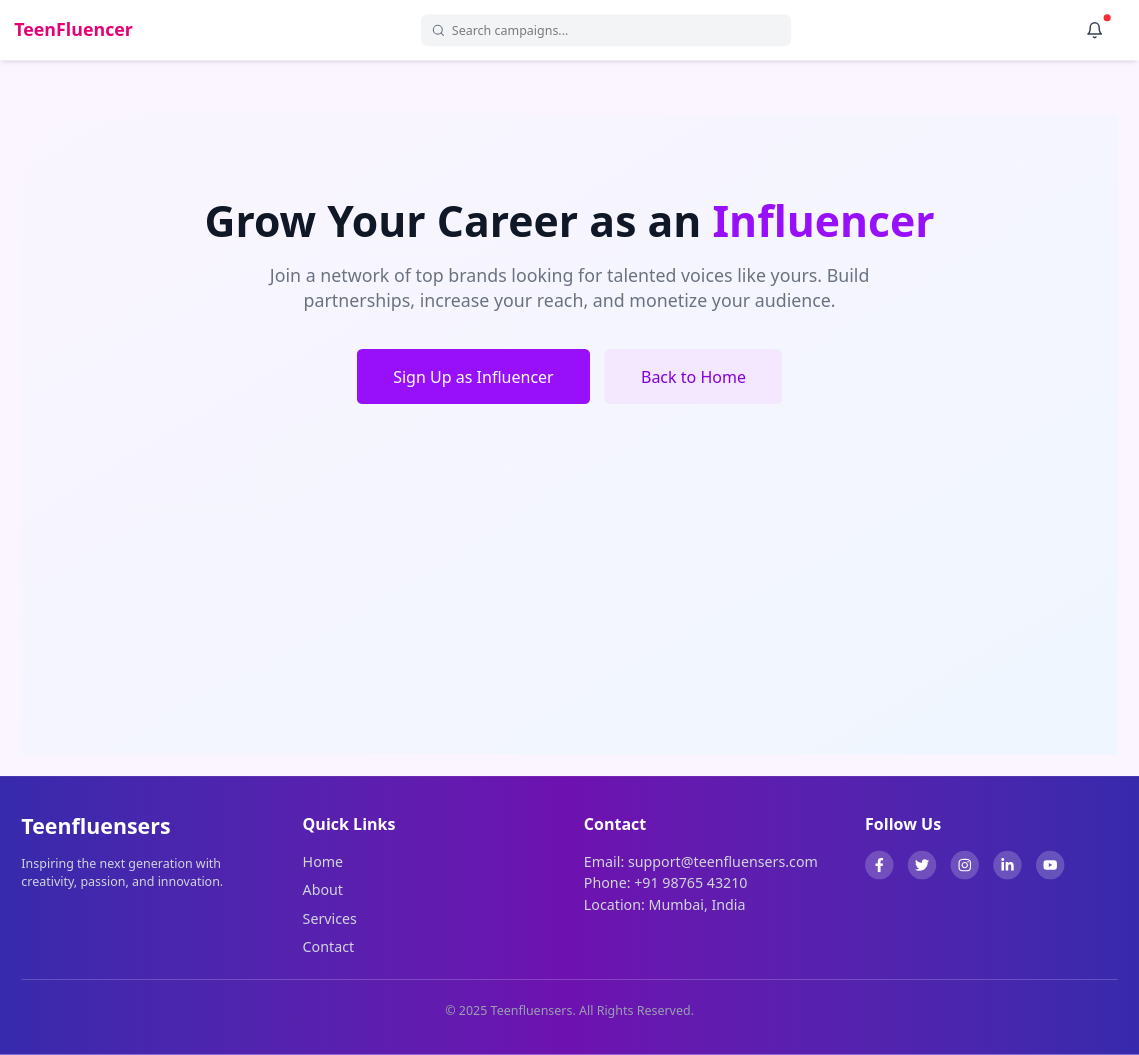
Repository: dhanbyte/teenfluencer
Page: /influencerhome
The author's editor kept a copy of each file at every save. The page is drawn from the files as they stood at one save, then again after the next save.
The browser window is 1280 px wide. The pictures show the whole page, at 89% of full size.
The page's requests for data from a server got no answer. The project was rebuilt for these pictures with package versions that can differ from the ones it lists, and the page was loaded fresh each time. Some packages were replaced by stand-ins written for this rebuild. The framework's server and built-in components were replaced by stand-ins that run in the browser. No one was signed in, and anything a server would have sent is missing. Also part of the build but not shown: next.config.ts.

Above is the page before, as saved 2025-08-13 14:27:26.

### app/layout.tsx
// app/layout.tsx
import { ClerkProvider } from '@clerk/nextjs'
import './globals.css'
import PublicNavbar from '@/Components/Public/Public-navbar'
import Footer from '@/Components/Public/Footer'

export default function RootLayout({
  children,
}: {
  children: React.ReactNode
}) {
  return (
    <ClerkProvider>
      <html lang="en">
        <PublicNavbar />
        <body>{children}</body>
        <Footer />
      </html>
    </ClerkProvider>
  )
}

### app/(influencer)/layout.tsx
import React from "react";
import { ClerkProvider } from "@clerk/nextjs";
import "../(public)/globals.css";
import InfluencerNavbar from "@/Components/(Infuencer)/influencerNavbar";

export default function InfluencerLayout({ children }: { children: React.ReactNode }) {
  return (
    <ClerkProvider>
      <html lang="en">
        <body className="min-h-screen flex flex-col bg-purple-50">
          <InfluencerNavbar />
          <main className="flex-1 pt-16 p-6"> {/* Added pt-16 to account for fixed navbar height */}
            {children}
          </main>
        </body>
      </html>
    </ClerkProvider>
  );
}

### app/(influencer)/(Pages)/influencerhome/page.tsx
"use client";
import { useUser, useClerk } from '@clerk/nextjs';
import { useRouter } from 'next/navigation';
import Link from "next/link";

function InfluencerHomePage() {
  const { isSignedIn, user } = useUser();
  const { openSignUp } = useClerk();
  const router = useRouter();

  const handleSignUpClick = () => {
    if (isSignedIn) {
      router.push('/influencer');
    } else {
      openSignUp({
        afterSignUpUrl: '/influencer',
        afterSignInUrl: '/influencer'
      });
    }
  };

  if (!isSignedIn) {
    return (
      <div className="min-h-screen bg-gradient-to-br from-purple-50 to-blue-50">
        <div className="max-w-7xl mx-auto px-4 sm:px-6 lg:px-8 py-16 md:py-24">
          <div className="text-center">
            <h1 className="text-4xl md:text-5xl font-bold text-gray-900 mb-6">
              Grow Your Career as an <span className="text-purple-600">Influencer</span>
            </h1>
            <p className="mt-3 max-w-md mx-auto text-lg text-gray-500 sm:text-xl md:mt-5 md:max-w-3xl">
              Join a network of top brands looking for talented voices like yours.
              Build partnerships, increase your reach, and monetize your audience.
            </p>
            <div className="mt-10 flex flex-col sm:flex-row justify-center gap-4">
              <button
                onClick={handleSignUpClick}
                className="px-8 py-3 border border-transparent text-base font-medium rounded-md text-white bg-purple-600 hover:bg-purple-700 md:py-4 md:text-lg md:px-10"
              >
                {isSignedIn ? 'Go to Dashboard' : 'Sign Up as Influencer'}
              </button>
              <Link
                href="/"
                className="px-8 py-3 border border-transparent text-base font-medium rounded-md text-purple-700 bg-purple-100 hover:bg-purple-200 md:py-4 md:text-lg md:px-10"
              >
                Back to Home
              </Link>
            </div>
          </div>
        </div>
      </div>
    );
  }

  // For signed-in users
  return (
    <div className="min-h-screen bg-gradient-to-br from-purple-50 to-blue-50">
      <div className="max-w-7xl mx-auto px-4 sm:px-6 lg:px-8 py-8">


        <div className="text-center mt-10">
          <h1 className="text-4xl md:text-5xl font-bold text-gray-900 mb-6">
            Welcome, <span className="text-purple-600">{user?.firstName || 'Influencer'}</span>
          </h1>
          <p className="mt-3 max-w-md mx-auto text-lg text-gray-500 sm:text-xl md:mt-5 md:max-w-3xl">
            Ready to find your next brand partnership?
          </p>

          <div className="mt-16 grid gap-8 md:grid-cols-3">
            {/* Dashboard Cards */}
            <div className="bg-white p-6 rounded-lg shadow-md hover:shadow-lg transition-shadow">
              <h3 className="text-xl font-semibold mb-3">Your Profile</h3>
              <p className="text-gray-600 mb-4">
                Complete your profile to get more brand deals
              </p>
              <Link
                href="/influencer/profile"
                className="text-purple-600 hover:text-purple-800 font-medium"
              >
                Edit Profile →
              </Link>
            </div>

            <div className="bg-white p-6 rounded-lg shadow-md hover:shadow-lg transition-shadow">
              <h3 className="text-xl font-semibold mb-3">Available Campaigns</h3>
              <p className="text-gray-600 mb-4">
                Browse brand campaigns looking for influencers
              </p>
              <Link
                href="/influencer/campaigns"
                className="text-purple-600 hover:text-purple-800 font-medium"
              >
                View Campaigns →
              </Link>
            </div>

            <div className="bg-white p-6 rounded-lg shadow-md hover:shadow-lg transition-shadow">
              <h3 className="text-xl font-semibold mb-3">Your Analytics</h3>
              <p className="text-gray-600 mb-4">
                Track your performance and earnings
              </p>
              <Link
                href="/influencer/analytics"
                className="text-purple-600 hover:text-purple-800 font-medium"
              >
                View Analytics →
              </Link>
            </div>
          </div>
        </div>
      </div>
    </div>
  );
}

export default InfluencerHomePage;

### Components/Public/Public-navbar.tsx
"use client";
import Link from "next/link";
import { useState } from "react";
import { FaBars, FaTimes } from "react-icons/fa";

export default function PublicNavbar() {
  const [isOpen, setIsOpen] = useState(false);

  return (
    <nav className="bg-white shadow-sm sticky top-0 z-50">
      <div className="max-w-7xl mx-auto px-4 sm:px-6 lg:px-8">
        <div className="flex justify-between h-16 items-center">
          {/* Logo/Title - Shows icon on small screens */}
          <div className="flex-shrink-0 flex items-center">
            <Link href="/" className="flex items-center">
              <span className="text-2xl mr-1">👋</span>
              <span className="hidden sm:inline text-xl font-bold text-purple-600">
                InfluencerHub
              </span>
            </Link>
          </div>

          {/* Desktop Navigation - hidden on mobile */}
          <div className="hidden md:flex items-center space-x-2">
            <Link
              href="home"
              className="px-3 py-2 text-sm font-medium text-gray-700 hover:text-purple-600"
            >
              Home
            </Link>
            <Link
              href="services"
              className="px-3 py-2 text-sm font-medium text-gray-700 hover:text-purple-600"
            >
              Features
            </Link>
            <Link
              href="about"
              className="px-3 py-2 text-sm font-medium text-gray-700 hover:text-purple-600"
            >
              About
            </Link>
          </div>

          {/* Auth Buttons - changes size based on screen */}
          <div className="hidden md:flex items-center space-x-2">
            <button className="px-3 py-1.5 text-xs sm:text-sm font-medium rounded-md text-white bg-purple-600 hover:bg-purple-700">
              Login
            </button>
            <button className="px-3 py-1.5 text-xs sm:text-sm font-medium rounded-md text-purple-600 border border-purple-600 hover:bg-purple-50">
              Sign Up
            </button>
          </div>

          {/* Mobile menu button - shows only on mobile */}
          <div className="md:hidden flex items-center">
            <button
              onClick={() => setIsOpen(!isOpen)}
              className="inline-flex items-center justify-center p-2 rounded-md text-gray-700 hover:text-purple-600 focus:outline-none"
            >
              {isOpen ? (
                <FaTimes className="h-5 w-5" />
              ) : (
                <FaBars className="h-5 w-5" />
              )}
            </button>
          </div>
        </div>
      </div>

      {/* Mobile menu - shows when hamburger is clicked */}
      <div className={`md:hidden ${isOpen ? "block" : "hidden"} bg-white pb-3`}>
        <div className="px-2 pt-2 space-y-1">
          <Link
            href="home"
            className="block px-3 py-2 rounded-md text-base font-medium text-gray-700 hover:text-purple-600 hover:bg-purple-50"
          >
            Home
          </Link>
          <Link
            href="services"
            className="block px-3 py-2 rounded-md text-base font-medium text-gray-700 hover:text-purple-600 hover:bg-purple-50"
          >
            Features
          </Link>
          <Link
            href="about"
            className="block px-3 py-2 rounded-md text-base font-medium text-gray-700 hover:text-purple-600 hover:bg-purple-50"
          >
            About
          </Link>
        </div>
        <div className="px-2 pt-2 space-y-1">
          <button className="w-full px-3 py-2 rounded-md text-base font-medium text-white bg-purple-600 hover:bg-purple-700">
            Login
          </button>
          <button className="w-full px-3 py-2 rounded-md text-base font-medium text-purple-600 border border-purple-600 hover:bg-purple-50">
            Sign Up
          </button>
        </div>
      </div>
    </nav>
  );
}

### Components/Public/Footer.tsx
/* eslint-disable @next/next/no-html-link-for-pages */
import { FaFacebookF, FaTwitter, FaInstagram, FaLinkedinIn, FaYoutube } from "react-icons/fa";

export default function Footer() {
  return (
    <footer className="bg-gradient-to-r from-indigo-800 via-purple-800 to-indigo-800 text-white">
      <div className="max-w-7xl mx-auto px-6 py-10">

        {/* Top Section */}
        <div className="grid grid-cols-1 md:grid-cols-4 gap-8">

          {/* Brand Info */}
          <div>
            <h2 className="text-2xl font-bold mb-4">Teenfluensers</h2>
            <p className="text-sm text-gray-300">
              Inspiring the next generation with creativity, passion, and innovation.
            </p>
          </div>

          {/* Quick Links */}
          <div>
            <h3 className="text-lg font-semibold mb-4">Quick Links</h3>
            <ul className="space-y-2 text-gray-300">
              <li><a href="/" className="hover:text-white transition">Home</a></li>
              <li><a href="/about" className="hover:text-white transition">About</a></li>
              <li><a href="/services" className="hover:text-white transition">Services</a></li>
              <li><a href="/contact" className="hover:text-white transition">Contact</a></li>
            </ul>
          </div>

          {/* Contact Info */}
          <div>
            <h3 className="text-lg font-semibold mb-4">Contact</h3>
            <p className="text-gray-300">Email: support@teenfluensers.com</p>
            <p className="text-gray-300">Phone: +91 98765 43210</p>
            <p className="text-gray-300">Location: Mumbai, India</p>
          </div>

          {/* Social Media */}
          <div>
            <h3 className="text-lg font-semibold mb-4">Follow Us</h3>
            <div className="flex space-x-4">
              <a href="#" className="p-2 bg-white/20 rounded-full hover:bg-white/30 transition">
                <FaFacebookF />
              </a>
              <a href="#" className="p-2 bg-white/20 rounded-full hover:bg-white/30 transition">
                <FaTwitter />
              </a>
              <a href="#" className="p-2 bg-white/20 rounded-full hover:bg-white/30 transition">
                <FaInstagram />
              </a>
              <a href="#" className="p-2 bg-white/20 rounded-full hover:bg-white/30 transition">
                <FaLinkedinIn />
              </a>
              <a href="#" className="p-2 bg-white/20 rounded-full hover:bg-white/30 transition">
                <FaYoutube />
              </a>
            </div>
          </div>

        </div>

        {/* Divider */}
        <div className="border-t border-white/20 my-6"></div>

        {/* Bottom Section */}
        <div className="text-center text-gray-400 text-sm">
          © {new Date().getFullYear()} Teenfluensers. All Rights Reserved.
        </div>
      </div>
    </footer>
  );
}

### Components/(Infuencer)/influencerNavbar.tsx
"use client";

import { UserButton, useUser, SignOutButton } from "@clerk/nextjs";
import Link from "next/link";
import { useState, useEffect } from "react";
import {
  FiMenu,
  FiX,
  FiHome,
  FiUser,
  FiSettings,
  FiDollarSign,
  FiMessageSquare,
  FiLogOut,
  FiBriefcase,
  FiPlusCircle,
  FiBell,
  FiSearch
} from "react-icons/fi";

export default function InfluencerNavbar() {
  const [isOpen, setIsOpen] = useState(false);
  // eslint-disable-next-line @typescript-eslint/no-unused-vars
  const [isMobile, setIsMobile] = useState(false);
  const { user } = useUser();

  useEffect(() => {
    const handleResize = () => {
      setIsMobile(window.innerWidth < 768);
    };

    handleResize(); // Check initial size
    window.addEventListener("resize", handleResize);
    return () => window.removeEventListener("resize", handleResize);
  }, []);

  const toggleSidebar = () => setIsOpen(!isOpen);

  return (
    <>
      {/* Top Navbar */}
      <nav className="fixed top-0 left-0 right-0 bg-white shadow-md z-50 p-3 md:p-4 flex justify-between items-center">
        {/* Left side - Menu button and logo */}
        <div className="flex items-center space-x-3 md:space-x-4">
          <button
            onClick={toggleSidebar}
            className="md:hidden text-gray-700 focus:outline-none"
          >
            {isOpen ? <FiX size={24} /> : <FiMenu size={24} />}
          </button>
          <Link href="/" className="text-lg md:text-xl font-bold text-pink-600">
            TeenFluencer
          </Link>
        </div>

        {/* Center - Search (desktop only) */}
        <div className="hidden md:flex items-center bg-gray-100 rounded-lg px-3 py-2 w-1/3">
          <FiSearch className="text-gray-500 mr-2" />
          <input
            type="text"
            placeholder="Search campaigns..."
            className="bg-transparent outline-none w-full text-sm"
          />
        </div>

        {/* Right side - Icons and User button */}
        <div className="flex items-center space-x-3 md:space-x-4">
          <button className="relative p-1 md:p-2">
            <FiBell size={20} className="text-gray-700" />
            <span className="absolute top-0 right-0 w-2 h-2 bg-red-500 rounded-full"></span>
          </button>
          <div className="hidden md:block">
            <UserButton afterSignOutUrl="/" />
          </div>
        </div>
      </nav>

      {/* Slide-out Sidebar (Mobile) */}
      <div
        className={`fixed top-0 left-0 h-full bg-white shadow-lg z-40 transition-all duration-300 ease-in-out
          ${isOpen ? "translate-x-0 w-64" : "-translate-x-full w-0"}
          md:hidden`}
      >
        <div className="h-full pt-16 pb-4 overflow-y-auto">
          {/* User Info */}
          <div className="p-4 border-b">
            <div className="flex items-center space-x-3">
              <UserButton afterSignOutUrl="/" />
              <div>
                <p className="font-medium">{user?.fullName || "User"}</p>
                <p className="text-xs text-gray-500">Influencer</p>
              </div>
            </div>
          </div>

          {/* Navigation Links */}
          <nav className="mt-4">
            <NavItem href="/" icon={<FiHome size={20} />} text="Home" />
            <NavItem href="/campaigns" icon={<FiBriefcase size={20} />} text="Campaigns" />
            <NavItem href="/apply" icon={<FiPlusCircle size={20} />} text="Apply" />
            <NavItem href="/earnings" icon={<FiDollarSign size={20} />} text="Earnings" />
            <NavItem href="/profile" icon={<FiUser size={20} />} text="Profile" />
            <NavItem href="/messages" icon={<FiMessageSquare size={20} />} text="Messages" />
            <NavItem href="/settings" icon={<FiSettings size={20} />} text="Settings" />

            {/* Logout Button */}
            <div className="px-6 py-3">
              <SignOutButton>
                <button className="flex items-center w-full text-gray-700 hover:bg-pink-50 hover:text-pink-600 transition-colors">
                  <FiLogOut size={20} className="mr-3" />
                  <span className="text-sm">Logout</span>
                </button>
              </SignOutButton>
            </div>
          </nav>
        </div>
      </div>

      {/* Bottom Navigation (Mobile only) */}
      <div className="fixed bottom-0 left-0 right-0 bg-white shadow-lg z-50 md:hidden border-t">
        <div className="grid grid-cols-5">
          <MobileNavItem href="/" icon={<FiHome size={20} />} text="Home" />
          <MobileNavItem href="/campaigns" icon={<FiBriefcase size={20} />} text="Campaigns" />
          <MobileNavItem
            href="/apply"
            icon={<FiPlusCircle size={24} />}
            text="Apply"
            isHighlighted
          />
          <MobileNavItem href="/earnings" icon={<FiDollarSign size={20} />} text="Earnings" />
          <MobileNavItem href="/profile" icon={<FiUser size={20} />} text="Profile" />
        </div>
      </div>

      {/* Overlay for mobile sidebar */}
      {isOpen && (
        <div
          className="fixed inset-0 bg-black bg-opacity-50 z-30 md:hidden"
          onClick={toggleSidebar}
        />
      )}
    </>
  );
}

function NavItem({ href, icon, text }: { href: string; icon: React.ReactNode; text: string }) {
  return (
    <Link
      href={href}
      className="flex items-center px-6 py-3 text-gray-700 hover:bg-pink-50 hover:text-pink-600 transition-colors"
    >
      <span className="mr-3">{icon}</span>
      <span className="text-sm">{text}</span>
    </Link>
  );
}

function MobileNavItem({
  href,
  icon,
  text,
  isHighlighted = false
}: {
  href: string;
  icon: React.ReactNode;
  text: string;
  isHighlighted?: boolean;
}) {
  return (
    <Link
      href={href}
      className={`flex flex-col items-center py-2 text-xs ${isHighlighted ? 'text-pink-600' : 'text-gray-600'}`}
    >
      <div className={`p-2 ${isHighlighted ? 'bg-pink-100 rounded-full' : ''}`}>
        {icon}
      </div>
      <span>{text}</span>
    </Link>
  );
}

Loaded but not shown: app/globals.css (common file); app/(public)/globals.css (common file)

After the next save:
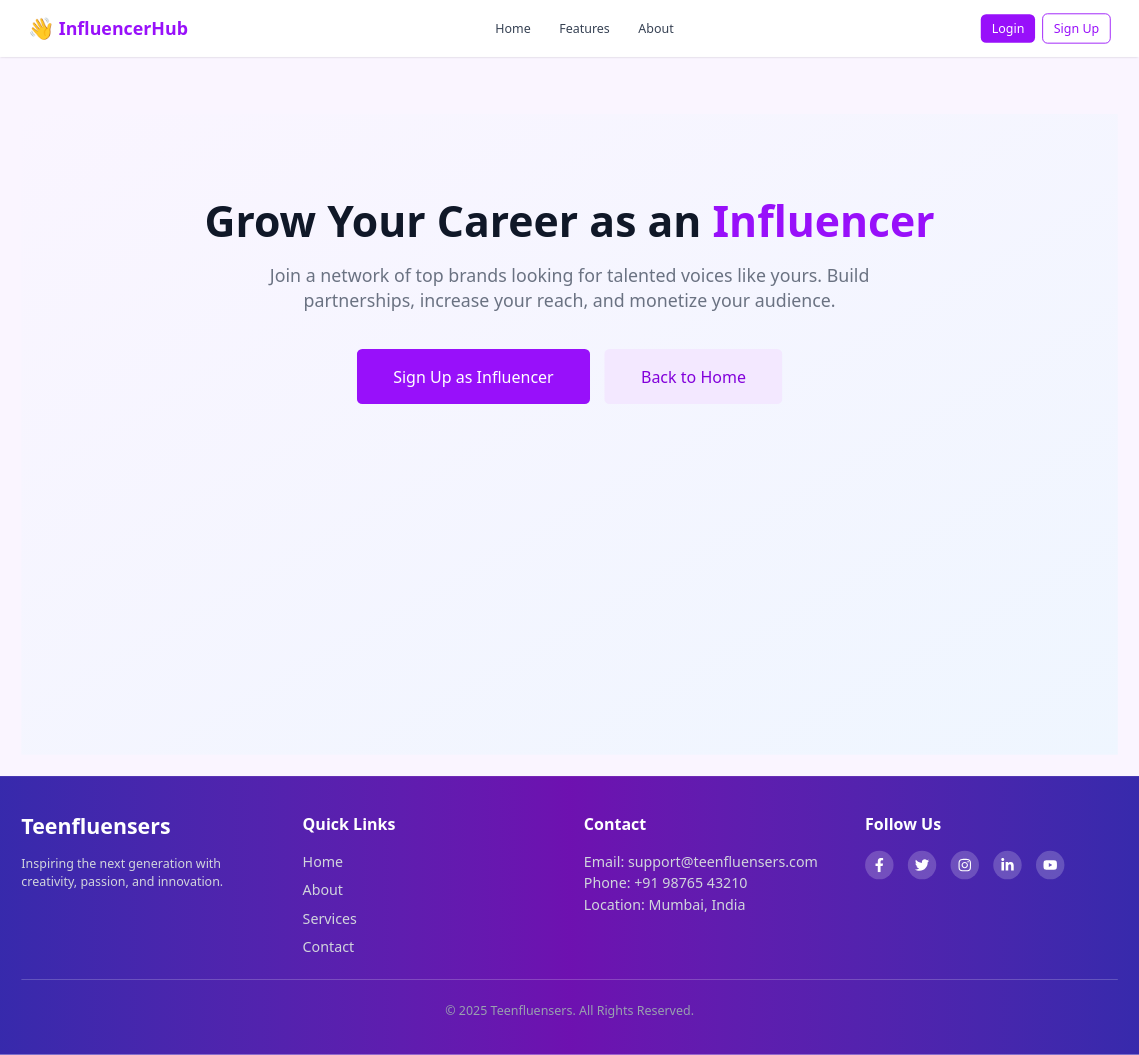
Saved 12 s later.
--- a/app/(influencer)/layout.tsx
+++ b/app/(influencer)/layout.tsx
@@ -1,14 +1,12 @@
 import React from "react";
 import { ClerkProvider } from "@clerk/nextjs";
 import "../(public)/globals.css";
-import InfluencerNavbar from "@/Components/(Infuencer)/influencerNavbar";
 
 export default function InfluencerLayout({ children }: { children: React.ReactNode }) {
   return (
     <ClerkProvider>
       <html lang="en">
         <body className="min-h-screen flex flex-col bg-purple-50">
-          <InfluencerNavbar />
           <main className="flex-1 pt-16 p-6"> {/* Added pt-16 to account for fixed navbar height */}
             {children}
           </main>
